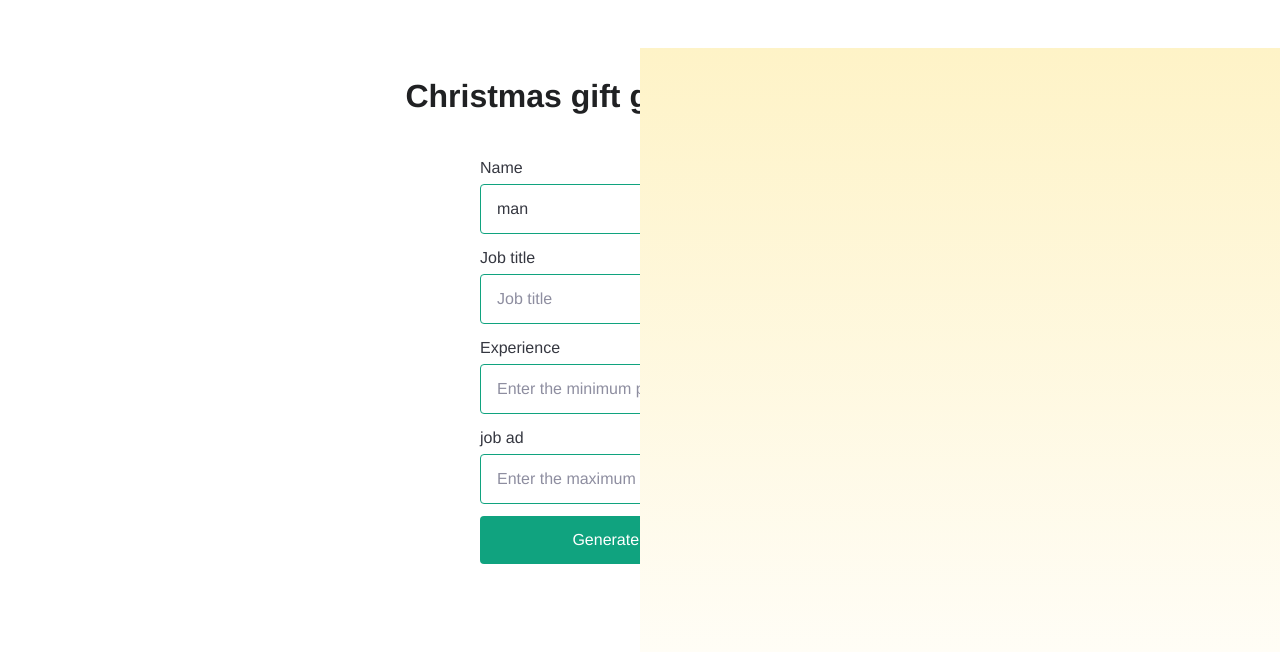
Repository: hamza-mastar/chatgpt-jpbad
Page: /
An editor plug-in stored every save of this project. The page is shown before and after the next save, followed by the edit.
The browser window is 1280 px wide. The pictures show the whole page.
Some web fonts or font styles are not loaded; a fallback is used. The project was rebuilt for these pictures with package versions that can differ from the ones it lists, and the page was loaded fresh each time. The framework's server and built-in components were replaced by stand-ins that run in the browser.

Above is the page before, as saved 2023-01-30 03:37:36.

### pages/_app.js
import 'tailwindcss/tailwind.css'

import '../styles/globals.css'

export default function MyApp({ Component, pageProps }) {
  return <Component {...pageProps} />
}

### pages/index.js
import Head from 'next/head';
import React from 'react';
import { useState } from 'react';

import styles from './index.module.css';


// import './gifts.css'




export default function Home() {
  const [name, setName] = useState('man');
  const [job_title, setJob_title] = useState("");
  const [experience, setExperience] = useState("");
  const [job_ad, setJob_ad] = useState("");

  const [loading, setLoading] = useState(false);

  const [result, setResult] = useState('');

  async function onSubmit(event) {
    event.preventDefault();
    if (loading) {
      return;
    }
    setLoading(true);
    setResult('hamza');
    const response = await fetch('/api/generate-gifts', {
      method: 'POST',
      headers: {
        'Content-Type': 'application/json',
      },
      body: JSON.stringify({ name, job_title, experience, job_ad}),
    });
    const data = await response.json();
    setResult(data.result.replaceAll('\n', '<br />'));
    setLoading(false);
  }


  return (
    <>



    <div>
      <Head>
        <title>OpenAI Quickstart</title>
        <link rel="icon" href="/dog.png" />
      </Head>

      <main className={styles.main}>
        <h3  >Christmas gift generator 🎁 💡</h3>
        <form  onSubmit={onSubmit}>
          <label>Name</label>
          <input
            type="text"
            name="name"
            placeholder="Enter the Name"
            value={name}
            onChange={(e) => setName(e.target.value)}
          />


          <label>Job title</label>
          <input
            type="text"
            name="job_title"
            placeholder="Job title"
            value={job_title}
            onChange={(e) => setJob_title(e.target.value)}
          />

          <label>Experience </label>
          <input
            type="text"
            name="experience"
            placeholder="Enter the minimum price"
            value={experience}
            onChange={(e) => setExperience(e.target.value)}
          />

          <label> job ad</label>
          <input
            type="text"
            name="job_ad"
            placeholder="Enter the maximum price"
            value={job_ad}
            onChange={(e) => setJob_ad(e.target.value)}
          />



          <input type="submit" value="Generate gift ideas" />
        </form>
        {loading && (
          <div>
            <h3>Looking for the best gift ideas 🎁 💡</h3>
            <img src="/loading.gif" className={styles.loading} />
          </div>
        )}
        <div className=" relative lg:fixed right-0 bottom-0 lg:block lg:w-1/2 overflow-hidden sm:px-5 lg:h-full h-auto overflow-y-auto top-12">
        <div className="relative lg:fixed right-0 bottom-0 lg:block lg:w-1/2 overflow-hidden sm:px-5 lg:h-full h-auto overflow-y-auto top-12" aria-hidden="true">
        <div className="absolute inset-0 bg-gradient-to-b from-amber-100 to-white pointer-events-none -z-10" aria-hidden="true">




        <div
          className={styles.result}
          dangerouslySetInnerHTML={{ __html: result }}


        />
        </div>
        </div>
        </div>











      </main>
      </div>



    </>
  );
}
// Name Job_title Experience job_ad

### pages/index.module.css


@font-face {
  font-family: "ColfaxAI";
  src: url(https://cdn.openai.com/API/fonts/ColfaxAIRegular.woff2)
      format("woff2"),
    url(https://cdn.openai.com/API/fonts/ColfaxAIRegular.woff) format("woff");
  font-weight: normal;
  font-style: normal;
}
@font-face {
  font-family: "ColfaxAI";
  src: url(https://cdn.openai.com/API/fonts/ColfaxAIBold.woff2) format("woff2"),
    url(https://cdn.openai.com/API/fonts/ColfaxAIBold.woff) format("woff");
  font-weight: bold;
  font-style: normal;
}
.main,
.main input {
  font-size: 16px;
  line-height: 24px;
  color: #353740;
  font-family: "ColfaxAI", Helvetica, sans-serif;
}
.main {
  display: flex;
  flex-direction: column;
  align-items: center;
  padding-top: 60px;
}
.main .icon {
  width: 34px;
}
.main h3 {
  font-size: 32px;
  line-height: 40px;
  font-weight: bold;
  color: #202123;
  margin: 16px 0 40px;
}
.main form {
  display: flex;
  flex-direction: column;
  width: 320px;
}
.main input[type="text"] {
  padding: 12px 16px;
  border: 1px solid #10a37f;
  border-radius: 4px;
  margin-bottom: 24px;
  outline-color: #10a37f;
}
.main ::placeholder {
  color: #8e8ea0;
  opacity: 1;
}
.main input[type="submit"] {
  padding: 12px 0;
  color: #fff;
  background-color: #10a37f;
  border: none;
  border-radius: 4px;
  text-align: center;
  cursor: pointer;
}
.main .result {
  padding: 100px;
  font-weight: bold;
  margin-top: 40px;
  position:absolute;
  display: flex;
  justify-content: end;
}

.main .loading {
  width: 50;
}

.main input[type="text"],
.main input[type="number"],
.main select {
  padding: 12px 16px;
  border: 1px solid #10a37f;
  border-radius: 4px;
  margin-bottom: 12px;
  margin-top: 4px;
}
.hamza {
  background-color: #10a37f;
}






.relative {
  position: relative;
}

Loaded but not shown: styles/globals.css (common file); tailwind.config.js (common file)

After the next save:
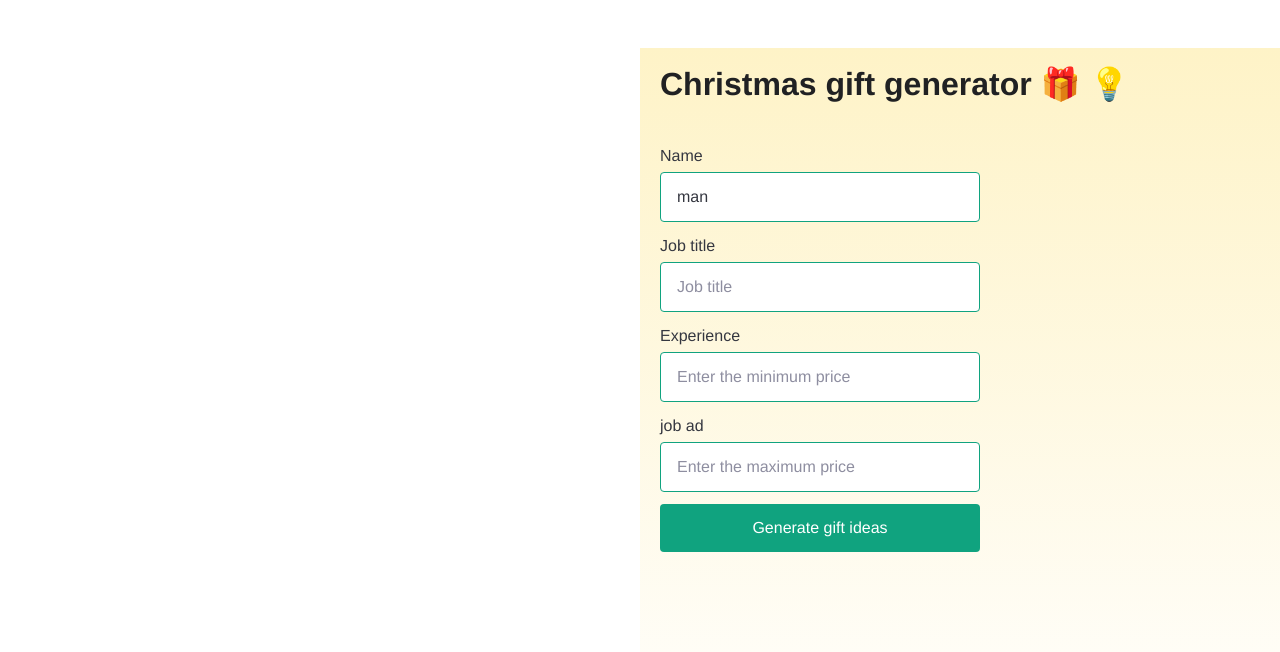
Saved 2 min 48 s later.
--- a/pages/index.js
+++ b/pages/index.js
@@ -46,12 +46,15 @@ export default function Home() {
 
 
     <div>
+
       <Head>
         <title>OpenAI Quickstart</title>
         <link rel="icon" href="/dog.png" />
       </Head>
 
       <main className={styles.main}>
+      <div className=" relative lg:fixed right-0 bottom-0 lg:block lg:w-1/2 overflow-hidden sm:px-5 lg:h-full h-auto overflow-y-auto top-12">
+        <div className="relative lg:fixed right-0 bottom-0 lg:block lg:w-1/2 overflow-hidden sm:px-5 lg:h-full h-auto overflow-y-auto top-12" aria-hidden="true">
         <h3  >Christmas gift generator 🎁 💡</h3>
         <form  onSubmit={onSubmit}>
           <label>Name</label>
@@ -101,8 +104,7 @@ export default function Home() {
             <img src="/loading.gif" className={styles.loading} />
           </div>
         )}
-        <div className=" relative lg:fixed right-0 bottom-0 lg:block lg:w-1/2 overflow-hidden sm:px-5 lg:h-full h-auto overflow-y-auto top-12">
-        <div className="relative lg:fixed right-0 bottom-0 lg:block lg:w-1/2 overflow-hidden sm:px-5 lg:h-full h-auto overflow-y-auto top-12" aria-hidden="true">
+
         <div className="absolute inset-0 bg-gradient-to-b from-amber-100 to-white pointer-events-none -z-10" aria-hidden="true">
 
 
